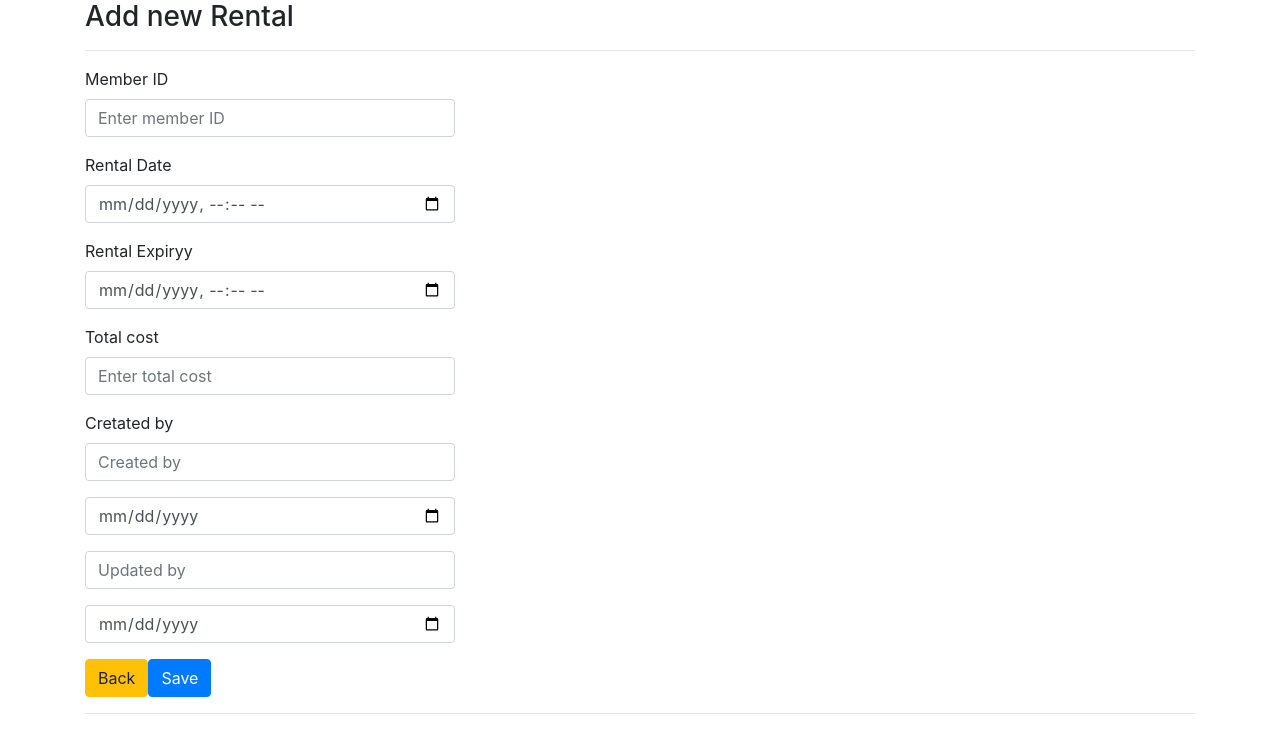
Repository: messimacky/Movie-Rental-System-Front-End
Page: /add-rental
An editor plug-in stored every save of this project. The page is shown before and after the next save, followed by the edit.
The browser window is 1280 px wide. The pictures show the whole page.
The project was rebuilt for these pictures with package versions that can differ from the ones it lists, and the page was loaded fresh each time. Also part of the build but not shown: src/services/movie.service.js, src/components/AddMovie.js, src/components/MoviesList.js, src/components/NotFound.js, src/components/login/Login.js, src/services/customer.service.js, src/components/AddCustomer.js, src/components/CustomerList.js and 4 more.

Above is the page before, as saved 2022-04-21 15:16:27.

### src/App.js
import { BrowserRouter as Router, Switch, Route } from 'react-router-dom';
import AddMovie from './components/AddMovie';
import MoviesList from "./components/MoviesList";
import NotFound from "./components/NotFound";
import Login from './components/login/Login';
import AddCustomer from './components/AddCustomer'
import CustomersList from './components/CustomerList';
import RentalsList from './components/RentalsList';
import AddRental from './components/AddRental';
import Home from './components/Home';
import Signup from './components/signup/Signup';
function App() {
  return (
    <Router>
      <div>
        <Switch>

          <Route exact path="/" component={Home} />
          <Route exact path="/movies" component={MoviesList} />
          <Route path="/add-movie" component={AddMovie} />
          <Route path="/movies/edit/:id" component={AddMovie} />




          <Route exact path="/customers" component={CustomersList} />
          <Route path="/add-customer" component={AddCustomer} />
          <Route path="/customers/edit/:id" component={AddCustomer} />



          <Route path="/login" component={Login} />
          <Route path="/signup" component={Signup} />


          <Route exact path="/rentals" component={RentalsList} />
          <Route exact path="/add-rental" component={AddRental} />
          <Route path="/rentals/edit/:id" component={AddRental} />


          <Route path="*" component={NotFound} />
        </Switch>
      </div>
    </Router>
  )
}

export default App;

### src/components/AddRental.js
import { useEffect, useState } from "react";
import { useParams } from "react-router-dom";
import { Link } from "react-router-dom";
import { useHistory } from "react-router-dom";
import rentalService from "../services/rental.service";


const AddRental = () => {

    // const [id, setId] = useState('');
    const [member_id, setMemberID] = useState('');
    const [rental_date, setRentalDate] = useState('');
    const [rental_expiry, setRentalExpiry] = useState('');
    const [total_cost, setTotalCost] = useState('');
    const [created_by, setCreatedBy] = useState('');
    const [created_date, setCreatedDate] = useState('');
    const [updated_by, setUpdatedBy] = useState('');
    const [updated_date, setUpdatedDate] = useState('');


    // const [movie_returned_status, setMovieReturnedStatus] = useState('');

    const history = useHistory();
    const { id } = useParams();



    const SaveRental = (e) => {
        e.preventDefault();
        const rental = { id, member_id, rental_date, rental_expiry, total_cost, created_date, created_by, updated_by, updated_date };
        if (id) {
            //update records
            rentalService.update(rental)
                .then(response => {
                    console.log("Movie added succesfully", response.data);
                    history.push('/rentals');
                })
                .catch(error => {
                    console.log("Something went wrong", error);
                });

        } else {
            //create record
            rentalService.create(rental)
                .then(response => {
                    console.log("Rental added succesfully", response.data);
                    history.push('/rentals');
                })
                .catch(error => {
                    console.log("Something get wrong", error);
                });
        }

    }
    useEffect(() => {
        if (id) {
            rentalService.get(id)
                .then(rental => {
                    setMemberID(rental.data.member_id);
                    setRentalDate(rental.data.rental_date);
                    setRentalExpiry(rental.data.rental_expiry);
                    setTotalCost(rental.date.total_cost);
                    setCreatedBy(rental.data.created_by);
                    setUpdatedDate(rental.data.created_date);
                    setUpdatedBy(rental.data.updated_by);
                    setUpdatedDate(rental.data.updated_date);



                })
                .catch(error => {
                    console.log("Something went wrong", error);
                });
        }
    }, [])


    return (
        <div className="container">
            <h3>Add new Rental</h3>
            <hr />
            <form>
                <div className="form-group">
                    <label>Member ID</label>
                    <input type="number"
                        className="form-control col-4"
                        id="memberid"
                        value={member_id}
                        onChange={(e) => setMemberID(e.target.value)}
                        placeholder="Enter member ID"
                    />
                </div>
                <div className="form-group">
                    <label>Rental Date</label>
                    <input
                        type="datetime-local"
                        className="form-control col-4"
                        id="rental_date"
                        value={rental_date}
                        onChange={(e) => setRentalDate(e.target.value)}
                        placeholder="Rental Date"
                    />
                </div>

                <div className="form-group">

                    <label>Rental Expiryy</label>
                    <input
                        type="datetime-local"
                        className="form-control col-4"
                        id="rental_expiry"
                        value={rental_expiry}
                        onChange={(e) => setRentalExpiry(e.target.value)}
                        placeholder="Enter expiry date"
                    />
                </div>


                <div className="form-group">
                    <label>Total cost</label>
                    <input
                        type="number"
                        className="form-control col-4"
                        id="total_cost"
                        value={total_cost}
                        onChange={(e) => setTotalCost(e.target.value)}
                        placeholder="Enter total cost"
                    />
                </div>

                <div className="form-group">
                    <label>Cretated by</label>

                    <input
                        type="text"
                        className="form-control col-4"
                        id="createdby"
                        value={created_by}
                        onChange={(e) => setCreatedBy(e.target.value)}
                        placeholder="Created by"
                    />
                </div>


                <div className="form-group">
                    <input
                        type="date"
                        className="form-control col-4"
                        id="createddate"
                        value={created_date}
                        onChange={(e) => setCreatedDate(e.target.value)}
                        placeholder="Created Date"
                    />
                </div>




                <div className="form-group">
                    <input
                        type="text"
                        className="form-control col-4"
                        id="updatedby"
                        value={updated_by}
                        onChange={(e) => setUpdatedBy(e.target.value)}
                        placeholder="Updated by"
                    />
                </div>


                <div className="form-group">
                    <input
                        type="date"
                        className="form-control col-4"
                        id="updated_date"
                        value={updated_date}
                        onChange={(e) => setUpdatedDate(e.target.value)}
                        placeholder="Updated Date"
                    />
                </div>





                <div>
                    <Link className="btn btn-warning" to="/rentals">Back</Link>
                    <button className="btn btn-primary" onClick={(e) => SaveRental(e)}>Save</button>
                </div>
            </form>
            <hr />

        </div>
    );
}

export default AddRental;

### src/components/login/Login.css
body {
    margin: 0;
    padding: 0;
    /* font-family: sans-serif; */
    background-size: cover;
    background-repeat: no-repeat;
}



.form {
    position: absolute;
    top: 50%;
    left: 50%;
    border: none;
    transform: translate(-50%, -50%);
    width: 400px;
    min-height: 450px;
    background-color: #fff;
    box-shadow: 0 15px 50px rgba(0, 0, 0, 0.5);
    padding: 50px;
    box-sizing: border-box;

    /* background: url(data:[embedded picture, 5679 characters]); */
    /* background: url(https://picsum.photos/3000/2000/?image=1015); */



}

.form h2 {
    margin-left: 60px;
    margin-top: 40px;
    color: white;
    /* margin: 30 0 40px; */
    padding: 0;
    color: black;
}

.form .input-box {
    position: relative;
    margin: 5px 0;
}

.form .input-box input {
    width: 100%;
    font-size: px;
    border: none;
    border-bottom: 2px solid #777;
    outline: none;
    padding: 10px;
    padding-left: 30px;
    box-sizing: border-box;
    font-weight: bold;
    color: #777;
}

.form .input-box input:focus,
.form .input-box input:valid {
    border-bottom-color: #03a9f4;
}

.form .input-box .fa {
    position: absolute;
    top: 8px;
    left: 5px;
    font-size: 18px;
    color: #777;
}

.form .input-box input[type="submit"] {
    border: none;
    cursor: pointer;
    background-color: #03a9f4;
    color: #fff;
    font-weight: bold;
    transition: 0.5s;
}

.form .input-box input[type="submit"]:hover {
    background-color: #ff4987;

}

.form a {
    text-decoration: none;
    color: black;

    margin-top: 4px;
    margin-left: 170px;
    /* font-weight: bold; */
    display: inline-block;
    transition: 0.5s;
}


.submit {
    margin-top: 30px;
    margin-left: 30px;


}

.form a {
    margin-top: 20px;
    margin-left: 50px;
    color: black;
    color: blue;
}

.form button {
    margin-top: 10px;
    margin-left: 50px;
    color: black;
    outline: invert;

}

.form button :hover {

    color: blue;
}

### src/components/AddCustomer.css
body {
    margin: 0;
    padding: 0;
    /* font-family: sans-serif; */
    background-size: cover;
    background-repeat: no-repeat;
}



.form {
    position: absolute;
    top: 50%;
    left: 50%;
    border: none;
    transform: translate(-50%, -50%);
    width: 400px;
    min-height: 450px;
    background-color: #fff;
    box-shadow: 0 15px 50px rgba(0, 0, 0, 0.5);
    padding: 50px;
    box-sizing: border-box;

    /* background: url(data:[embedded picture, 5679 characters]); */
    /* background: url(https://picsum.photos/3000/2000/?image=1015); */



}

.form h2 {
    margin-left: 60px;
    margin-top: 40px;
    color: white;
    /* margin: 30 0 40px; */
    padding: 0;
    color: black;
}

.form .input-box {
    position: relative;
    margin: 5px 0;
}

.form .input-box input {
    width: 100%;
    font-size: px;
    border: none;
    border-bottom: 2px solid #777;
    outline: none;
    padding: 10px;
    padding-left: 30px;
    box-sizing: border-box;
    font-weight: bold;
    color: #777;
}

.form .input-box input:focus,
.form .input-box input:valid {
    border-bottom-color: #03a9f4;
}

.form .input-box .fa {
    position: absolute;
    top: 8px;
    left: 5px;
    font-size: 18px;
    color: #777;
}

.form .input-box input[type="submit"] {
    border: none;
    cursor: pointer;
    background-color: #03a9f4;
    color: #fff;
    font-weight: bold;
    transition: 0.5s;
}

.form .input-box input[type="submit"]:hover {
    background-color: #ff4987;

}

.form a {
    text-decoration: none;
    color: black;

    margin-top: 4px;
    margin-left: 170px;
    /* font-weight: bold; */
    display: inline-block;
    transition: 0.5s;
}


.submit {
    margin-top: 30px;
    margin-left: 30px;


}

.form a {
    margin-top: 20px;
    margin-left: 50px;
    color: black;
    color: blue;
}

.form button {
    margin-top: 10px;
    margin-left: 50px;
    color: black;
    outline: invert;

}

.form button :hover {

    color: blue;
}

### src/services/rental.service.js
import httpClient from '../http-common';

const getAll = () => {
    return httpClient.get('/rentals');
}

const create = (data) => {
    return httpClient.post("/rentals", data);
}

const get = id => {
    return httpClient.get(`/rentals/${id}`);
}

const update = (data) => {
    return httpClient.put('/rentals', data);
}

const remove = id => {
    return httpClient.delete(`/rentals/${id}`);
}

export default { getAll, create, get, update, remove };

### src/components/signup/Signup.css
body {
    margin: 0;
    padding: 0;
    /* font-family: sans-serif; */
    background-size: cover;
    background-repeat: no-repeat;
}



.form {
    position: absolute;
    top: 50%;
    left: 50%;
    border: none;
    transform: translate(-50%, -50%);
    width: 400px;
    min-height: 450px;
    background-color: #fff;
    box-shadow: 0 15px 50px rgba(0, 0, 0, 0.5);
    padding: 50px;
    box-sizing: border-box;

    /* background: url(data:[embedded picture, 5679 characters]); */
    /* background: url(https://picsum.photos/3000/2000/?image=1015); */



}

.form h2 {
    margin-left: 60px;
    margin-top: 40px;
    color: white;
    /* margin: 30 0 40px; */
    padding: 0;
    color: black;
}

.form .input-box {
    position: relative;
    margin: 5px 0;
}

.form .input-box input {
    width: 100%;
    font-size: px;
    border: none;
    border-bottom: 2px solid #777;
    outline: none;
    padding: 10px;
    padding-left: 30px;
    box-sizing: border-box;
    font-weight: bold;
    color: #777;
}

.form .input-box input:focus,
.form .input-box input:valid {
    border-bottom-color: #03a9f4;
}

.form .input-box .fa {
    position: absolute;
    top: 8px;
    left: 5px;
    font-size: 18px;
    color: #777;
}

.form .input-box input[type="submit"] {
    border: none;
    cursor: pointer;
    background-color: #03a9f4;
    color: #fff;
    font-weight: bold;
    transition: 0.5s;
}

.form .input-box input[type="submit"]:hover {
    background-color: #ff4987;

}

.form a {
    text-decoration: none;
    color: black;

    margin-top: 4px;
    margin-left: 170px;
    /* font-weight: bold; */
    display: inline-block;
    transition: 0.5s;
}


.submit {
    margin-top: 30px;
    margin-left: 30px;


}

.form a {
    margin-top: 20px;
    margin-left: 50px;
    color: black;
    color: blue;
}

.form button {
    margin-top: 10px;
    margin-left: 50px;
    color: black;
    outline: invert;

}

.form button :hover {

    color: blue;
}

### src/http-common.js
import axios from "axios";


export default axios.create({
    baseURL: 'http://localhost:8080',
    headers: {
        'Content_Type': 'application/json'
    }

});

Loaded but not shown: public/index.html (common file); src/index.js (common file); src/index.css (common file); src/reportWebVitals.js (common file)

After the next save:
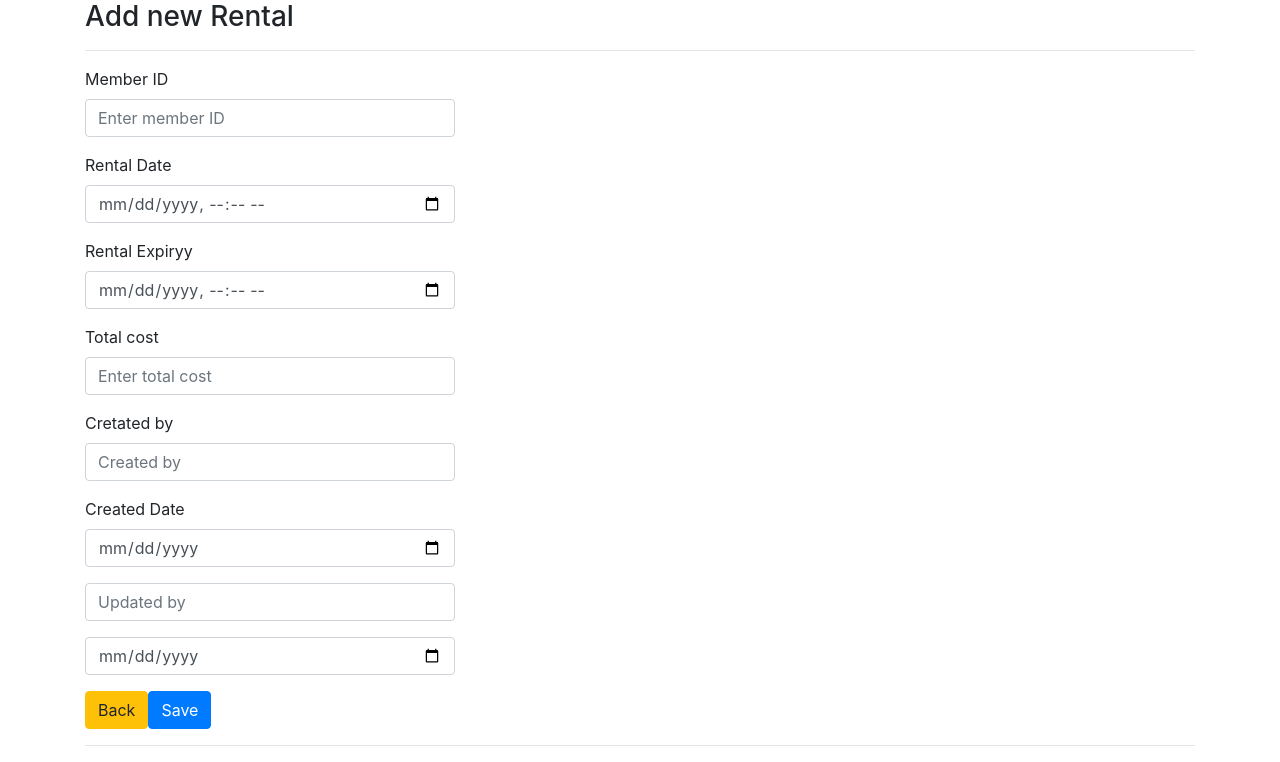
Saved 15 s later.
--- a/src/components/AddRental.js
+++ b/src/components/AddRental.js
@@ -143,6 +143,7 @@ const AddRental = () => {
 
 
                 <div className="form-group">
+                    <label>Created Date</label>
                     <input
                         type="date"
                         className="form-control col-4"
